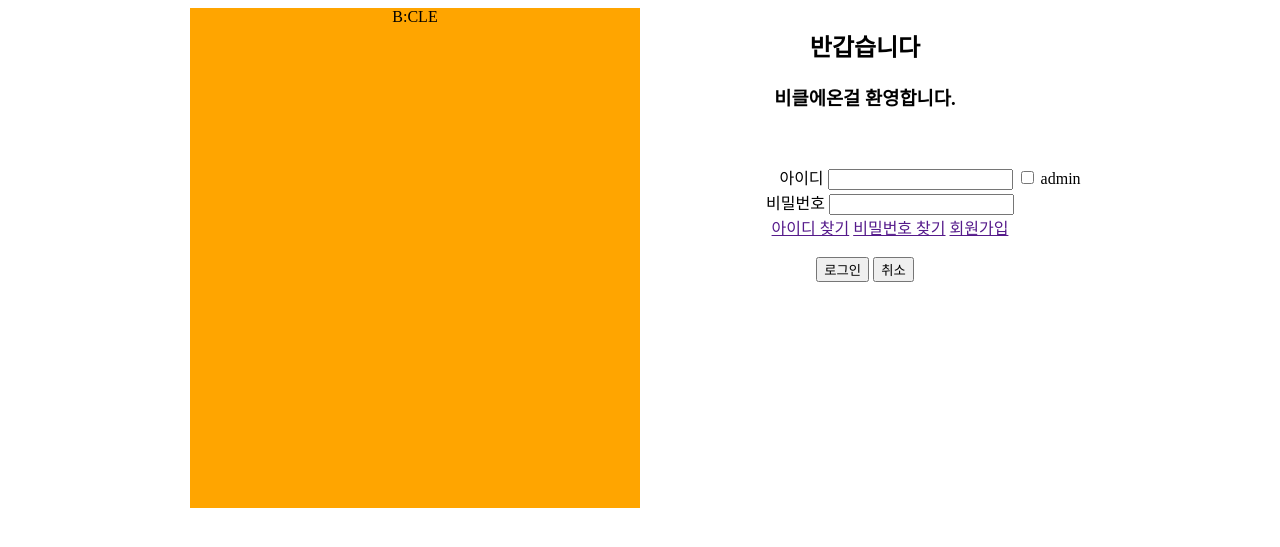
Repository: hyodii/SpringProject_Bcle
Page: http://localhost/Bcle/LoginPage.jsp
An editor plug-in stored every save of this project. The page is shown before and after the next save, followed by the edit.
The browser window is 1280 px wide. The pictures show the whole page.
The page is served by Tomcat 9.

Above is the page before, as saved 2021-12-16 07:47:33.
Console error: ReferenceError: $ is not defined

After the next save:
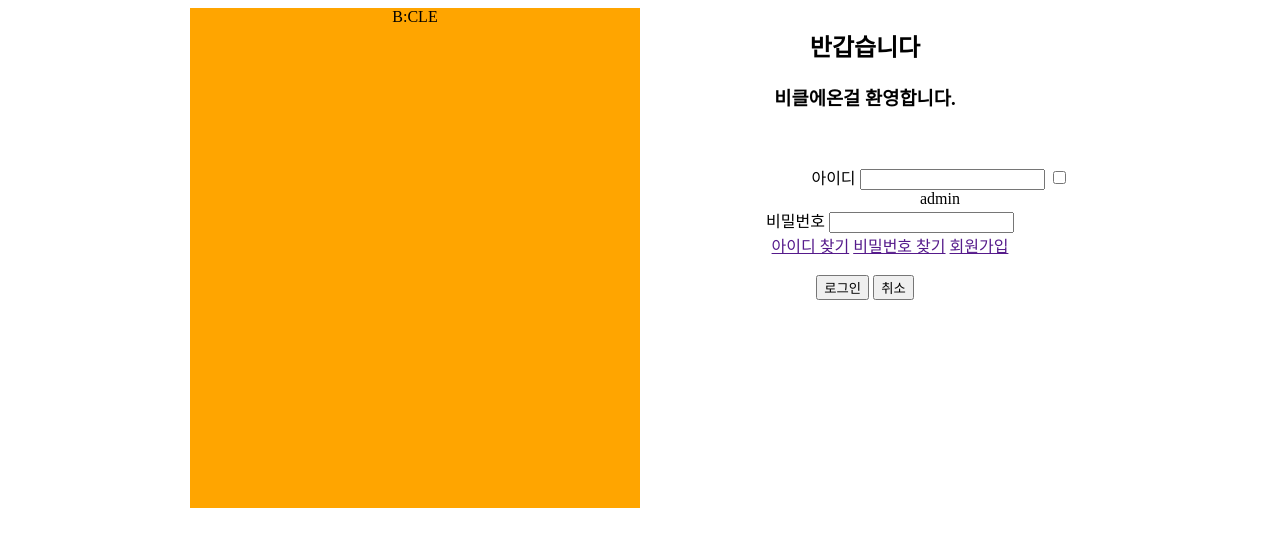
Saved 6 s later.
--- a/Bcle/WebContent/LoginPage.jsp
+++ b/Bcle/WebContent/LoginPage.jsp
@@ -113,7 +113,7 @@
 
 			<div class="rightform">
 				<form action="login.action" method="post" id="loginForm">
-					<div style="margin-left: 130px;">
+					<div style="margin-left: 150px;">
 					아이디 <input type="text" id="id" name="id"/>
 					<input type="checkbox" id="admin" name="admin" value="0" />
 					<label for="admin">admin</label><br>
